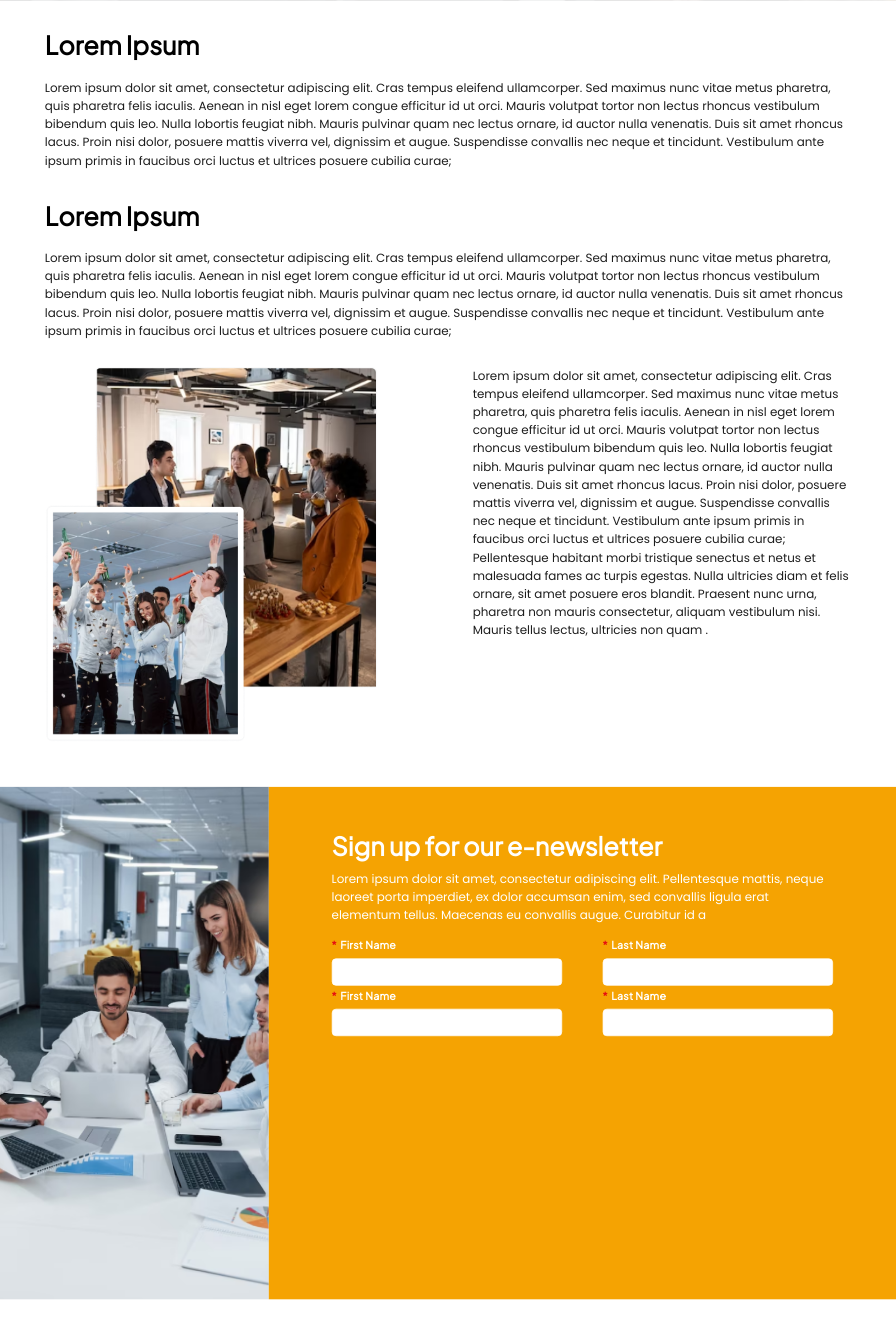
Repository: Akash8377/Hospitality-website
Page: /about-us
An editor plug-in stored every save of this project. The page is shown before and after a run of saves, followed by the edit.
The browser window is 1280 px wide. The pictures show the part of the page from y = 683 to 2603 px (the page is 2603 px tall), at 70% of full size.
Some web libraries are served in a nearby version. The project was rebuilt for these pictures with package versions that can differ from the ones it lists, and the page was loaded fresh each time. Also part of the build but not shown: src/Component/Partial/heading-cont.js, src/Component/Shared/about-us.js, src/Component/Shared/Banner.js, src/Component/Shared/popular-jobs.js, src/Component/Sliders/ServiceSlider.js, src/Component/Sliders/ReviewSlider.js, src/Component/Partial/index-banner.js, src/Component/Partial/index-buisness-banner.js and 2 more.

Above is the page before, as saved 2023-07-07 12:11:51.

After the next 3 saves:
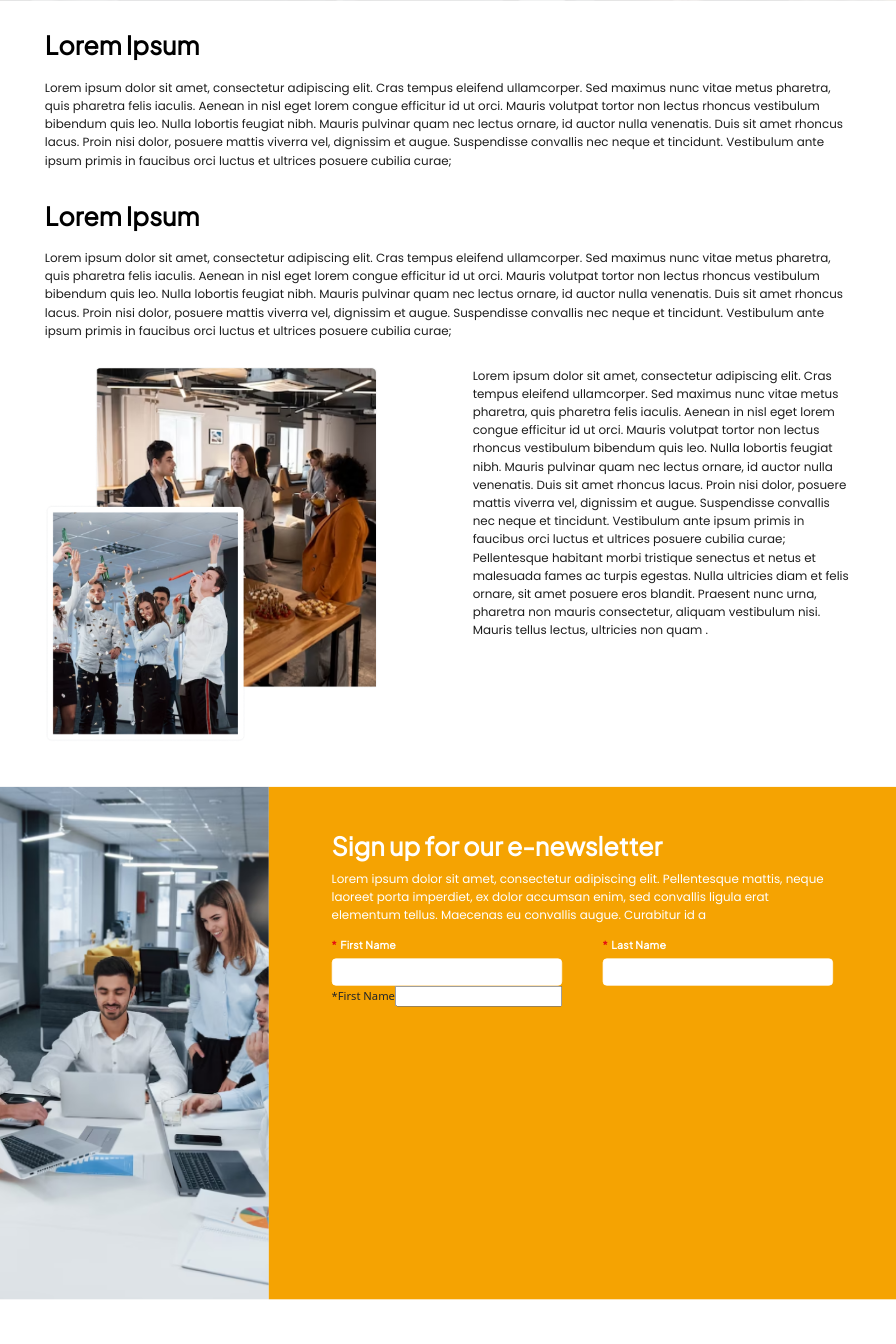
The 3 saves are shown as one change because they came seconds apart.
The last was saved 15 s later.
--- a/src/Component/Partial/About Us Component/Newsletter.js
+++ b/src/Component/Partial/About Us Component/Newsletter.js
@@ -29,13 +29,9 @@ const Newsletter = () => {
                 <input type="text" />
               </div>
             </div>
-            <div className="Two_Inputs">
+            <div className="Single_Input">
               <div>
                 <label><span>*</span>First Name</label>
-                <input type="text" />
-              </div>
-              <div>
-                <label><span>*</span>Last Name</label>
                 <input type="text" />
               </div>
             </div>
